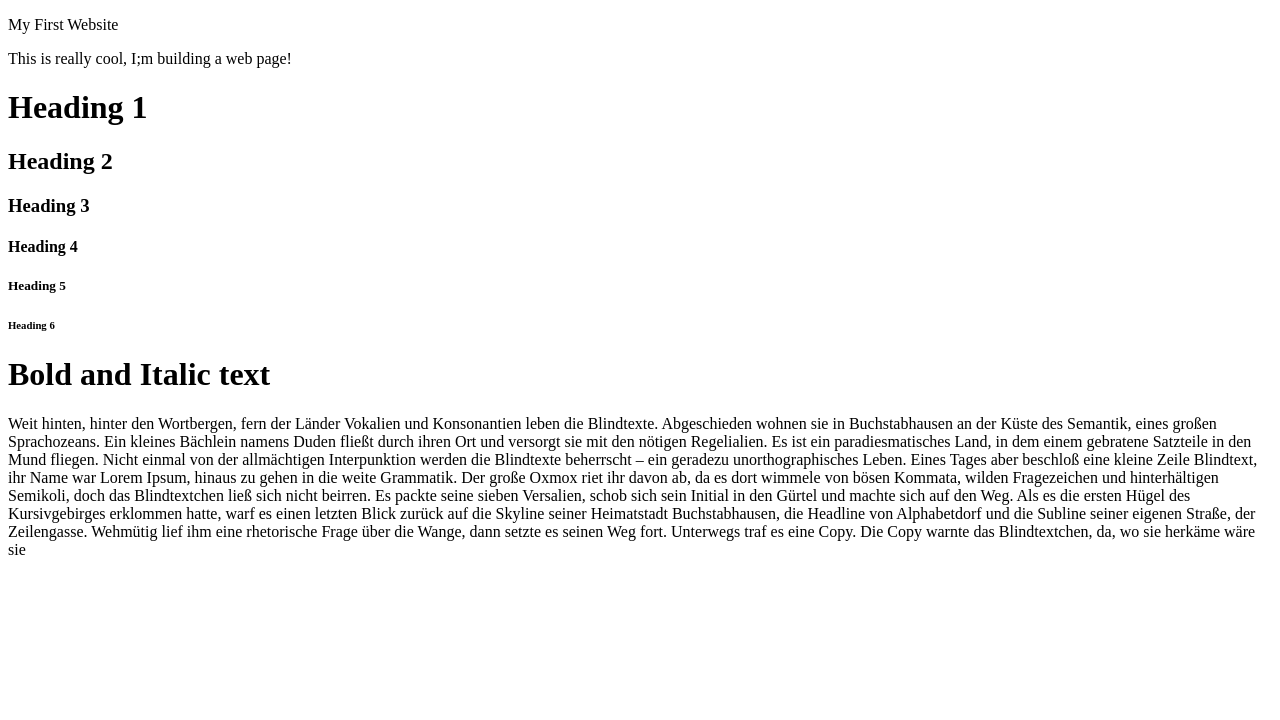
Repository: evemcd/odin_project
Page: my_first_website/index.html
The author's editor kept a copy of each file at every save. The page is drawn from the files as they stood at one save, then again after the next save.
The browser window is 1280 px wide. The pictures show the whole page.

Above is the page before, as saved 2022-01-30 10:00:23.

After the next save:
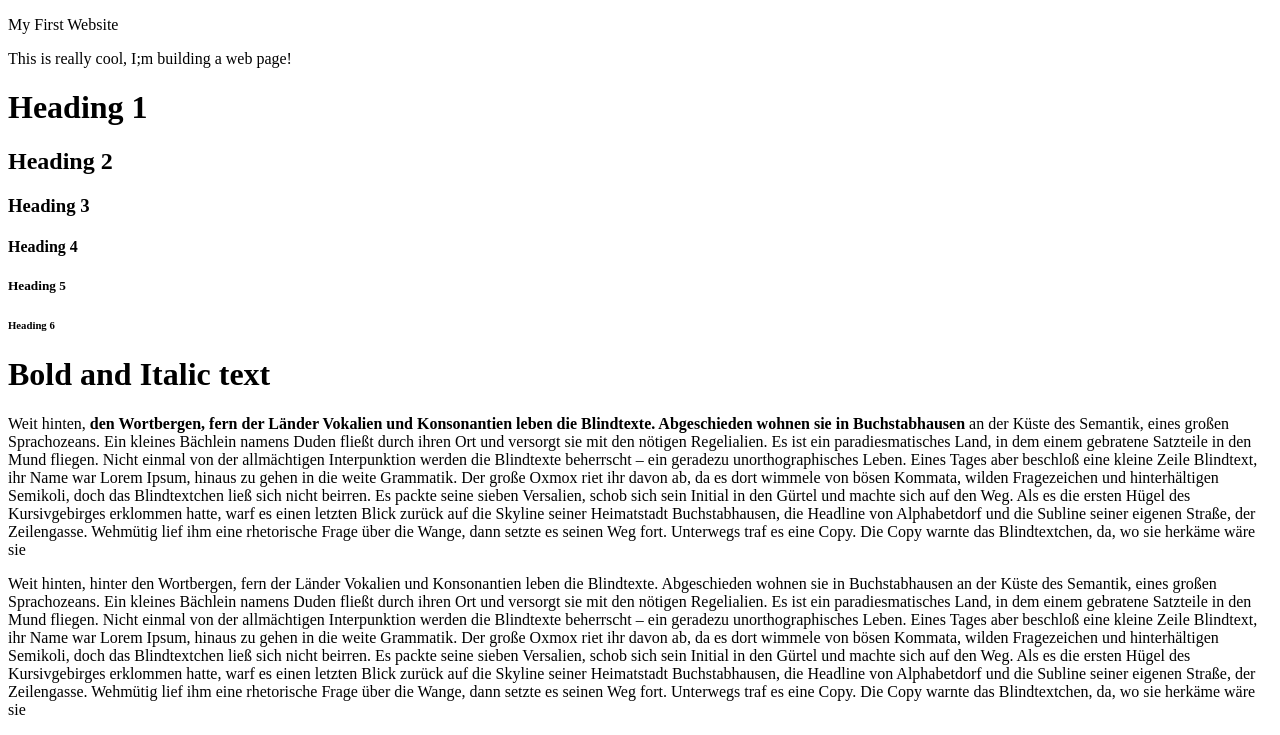
Saved 56 s later.
--- a/my_first_website/index.html
+++ b/my_first_website/index.html
@@ -17,6 +17,18 @@
     <h6>Heading 6</h6>
 
     <h1>Bold and Italic text</h1>
+    <p>Weit hinten, <strong>den Wortbergen, fern der Länder Vokalien und Konsonantien leben die Blindtexte. Abgeschieden
+        wohnen sie in Buchstabhausen</strong> an der Küste des Semantik, eines großen Sprachozeans. Ein kleines Bächlein namens
+        Duden fließt durch ihren Ort und versorgt sie mit den nötigen Regelialien. Es ist ein paradiesmatisches Land, in
+        dem einem gebratene Satzteile in den Mund fliegen. Nicht einmal von der allmächtigen Interpunktion werden die
+        Blindtexte beherrscht – ein geradezu unorthographisches Leben. Eines Tages aber beschloß eine kleine Zeile
+        Blindtext, ihr Name war Lorem Ipsum, hinaus zu gehen in die weite Grammatik. Der große Oxmox riet ihr davon ab,
+        da es dort wimmele von bösen Kommata, wilden Fragezeichen und hinterhältigen Semikoli, doch das Blindtextchen
+        ließ sich nicht beirren. Es packte seine sieben Versalien, schob sich sein Initial in den Gürtel und machte sich
+        auf den Weg. Als es die ersten Hügel des Kursivgebirges erklommen hatte, warf es einen letzten Blick zurück auf
+        die Skyline seiner Heimatstadt Buchstabhausen, die Headline von Alphabetdorf und die Subline seiner eigenen
+        Straße, der Zeilengasse. Wehmütig lief ihm eine rhetorische Frage über die Wange, dann setzte es seinen Weg
+        fort. Unterwegs traf es eine Copy. Die Copy warnte das Blindtextchen, da, wo sie herkäme wäre sie</p>
     <p>Weit hinten, hinter den Wortbergen, fern der Länder Vokalien und Konsonantien leben die Blindtexte. Abgeschieden
         wohnen sie in Buchstabhausen an der Küste des Semantik, eines großen Sprachozeans. Ein kleines Bächlein namens
         Duden fließt durch ihren Ort und versorgt sie mit den nötigen Regelialien. Es ist ein paradiesmatisches Land, in
